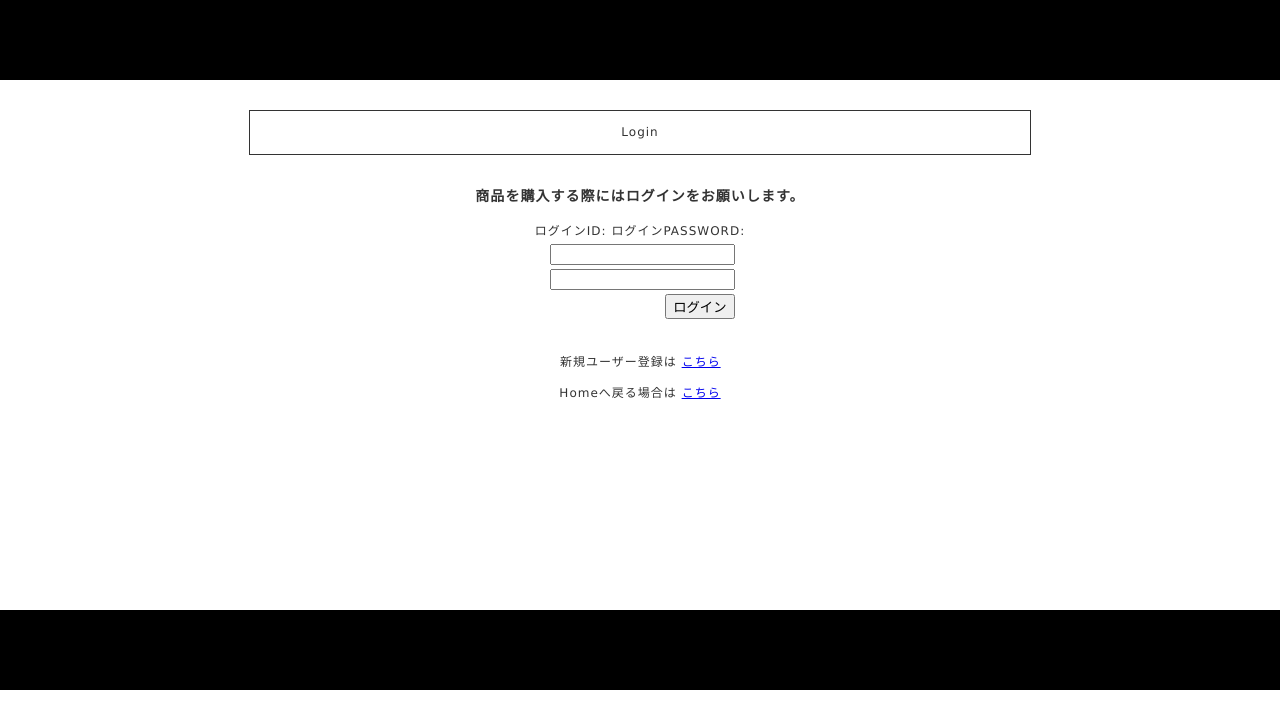
Repository: REDsky96/test
Page: http://localhost/ecsite/HomeAction.action
The author's editor kept a copy of each file at every save. The page is drawn from the files as they stood at one save, then again after the next save.
The browser window is 1280 px wide. The pictures show the whole page.
The page is served by Tomcat 9. Other server files are loaded and not shown.

Above is the page before, as saved 2018-11-07 08:24:22.

### ecsite/WebContent/login.jsp
<%@ page language="java" contentType="text/html; charset=UTF-8"
    pageEncoding="UTF-8"%>
<%@ taglib prefix = "s" uri="/struts-tags" %>
<!DOCTYPE html PUBLIC "-//W3C//DTD HTML 4.01 Transitional//EN" "http://www.w3.org/TR/html4/loose.dtd">
<html>
<head>
<meta http-equiv="Content-Type" content="text/html; charset=utf-8" />
<meta http-equiv="Content-Style-Type" content="text/css" />
<meta http-equiv="Content-Script-Type" content="text/javascript" />
<meta http-equiv="imagetoolbar" content="no" />
<meta name="description" content="" />
<meta name="keywords" content="" />
<title>Login画面</title>
<style type="text/css">
body{
margin:0;
padding:0;
line-height:1.6;
letter-spacing:1px;
font-family:Verdana, Helvetica, sans-serif;
font-size:12px;
color:#333;
background:#fff;
}

table {
text-align:center;
margin:0 auto;
}

#top {
width:780px;
margin:30px auto;
border:1px solid #333;
}

#header {
width: 100%;
height:80px;
background-color: black;
}

#main{
width: 100%;
height: 500px;
text-align: center;
}

#footer {
width: 100%;
height: 80px;
background-color: black;
clear:both;
}

#text-link {
display: inline-block;
text-align: right;

}

</style>
</head>


<body>
  <div id = "header">
    <div id = "pr">
    </div>
  </div>

  <div id = "main">
    <div id = "top">
      <p>Login</p>
    </div>

    <div>
      <h3>商品を購入する際にはログインをお願いします。</h3>
        <s:form action = "LoginAction">
          ログインID:<s:textfield name = "loginUserId"/>
          ログインPASSWORD:<s:password name = "loginPassword"/>
          <s:submit value = "ログイン"/>
        </s:form>
        <br/>
        <div id = "text-link">
          <p>新規ユーザー登録は
            <a href = '<s:url action = "UserCreateAction"/>'>こちら</a></p>
          <p>Homeへ戻る場合は
            <a href = '<s:url action = "GoHomeAction"/>'>こちら</a></p>
        </div>
     </div>
   </div>

   <div id = "footer">
     <div id = "pr">
     </div>
   </div>



</body>
</html>

After the next save:
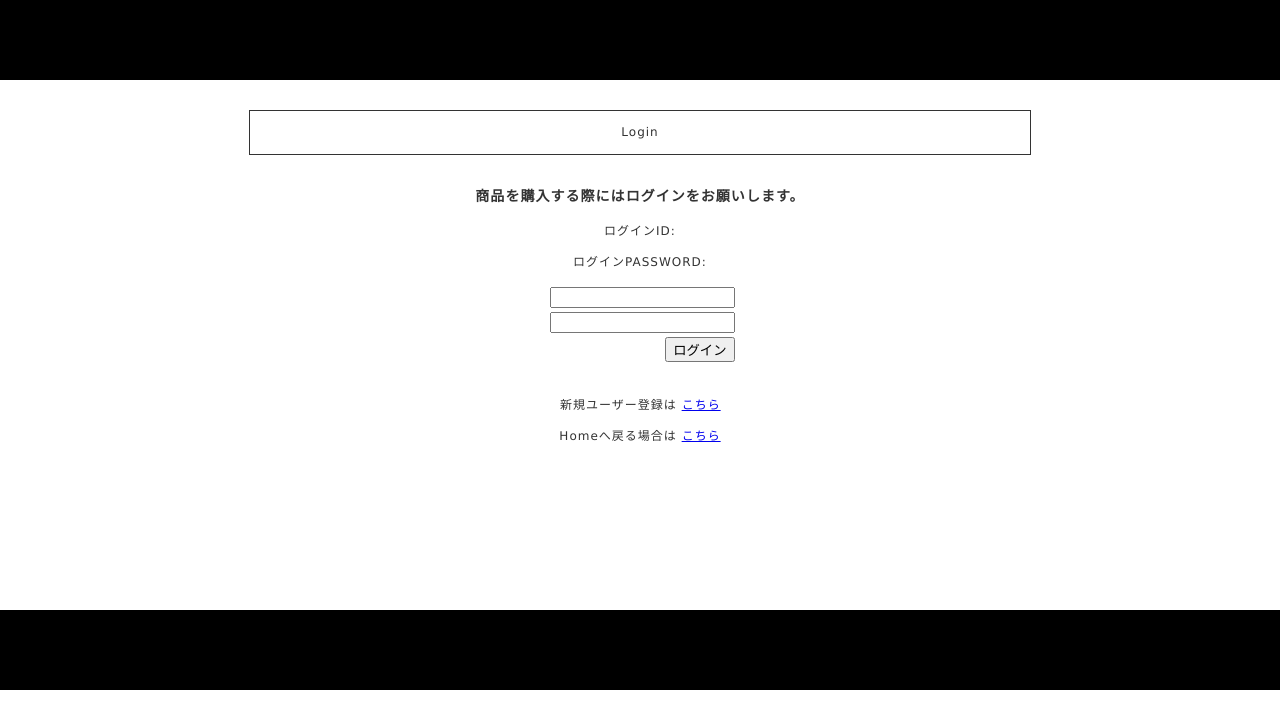
Saved 43 s later.
--- a/ecsite/WebContent/login.jsp
+++ b/ecsite/WebContent/login.jsp
@@ -77,8 +77,8 @@
     <div>
       <h3>商品を購入する際にはログインをお願いします。</h3>
         <s:form action = "LoginAction">
-          ログインID:<s:textfield name = "loginUserId"/>
-          ログインPASSWORD:<s:password name = "loginPassword"/>
+          <p>ログインID:<s:textfield name = "loginUserId"/></p>
+          <p>ログインPASSWORD:<s:password name = "loginPassword"/></p>
           <s:submit value = "ログイン"/>
         </s:form>
         <br/>
